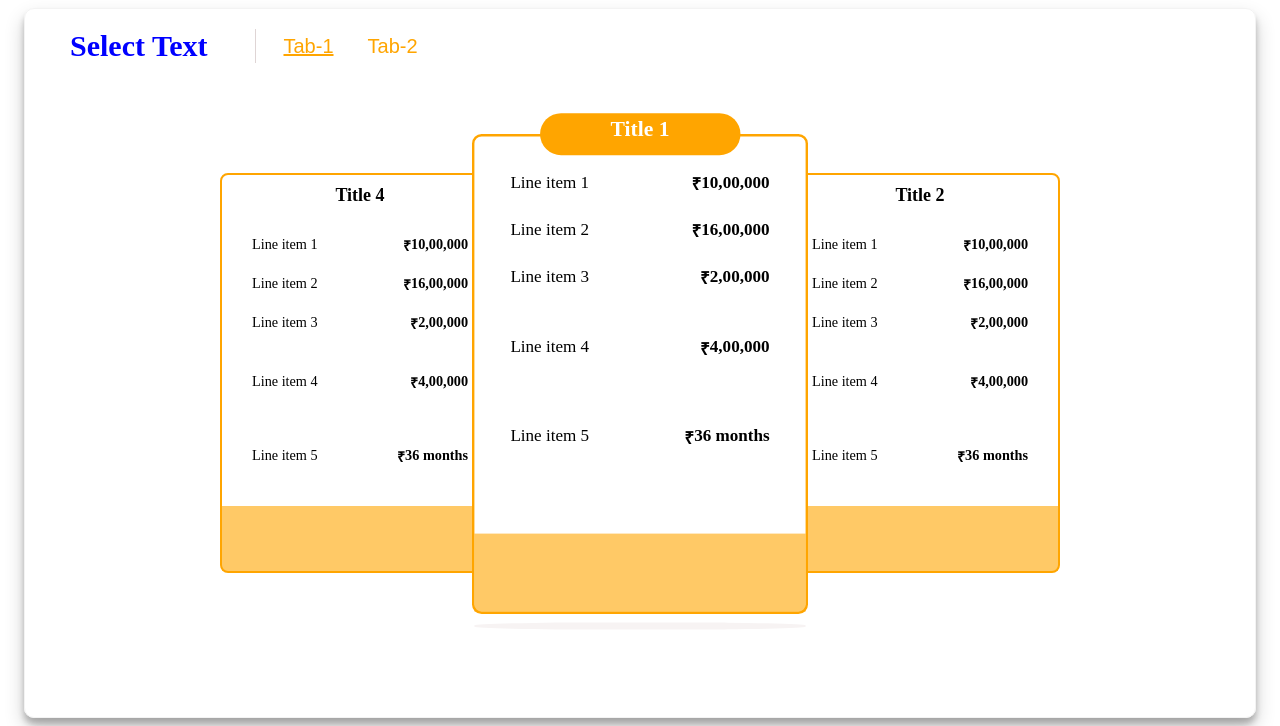
Repository: Adityanarayan-tiwari/Cardbox
Page: index.html
An editor plug-in stored every save of this project. The page is shown before and after a run of saves, followed by the edit.
The browser window is 1280 px wide. The pictures show the whole page.

Above is the page before, as saved 2020-07-25 15:52:36.

### index.html
<!DOCTYPE html>
<html lang="en">
<head>
    <meta charset="UTF-8">
    <meta name="viewport" content="width=device-width, initial-scale=1.0">
    <title>CardBox</title>
    <link rel="stylesheet" href="./index.css">
</head>
<body>


    <!-- Page Wrapper -->
    <div class="page-wrapper">
        <div class="page-heading" id="myDIV">
            <h2>Select Text</h2>
            <button class="prev btn btnactive">Tab-1</button>
            <button class="next btn">Tab-2</button>
        </div>

        <!-- Card Slider -->
        <div class="card-slider">

            <!--  Card Wrapper -->
                <div class="card-wrapper">
                    <div class="card">
                        <h3>Title 1</h3>
                    <div class="card-content">
                        <ul>
                            <li>Line item 1</li>
                            <li><span>&#8377</span>10,00,000</li>
                        </ul>
                        <ul>
                            <li>Line item 2</li>
                            <li><span>&#8377</span>16,00,000</li>
                        </ul>
                        <ul>
                            <li>Line item 3</li>
                            <li><span>&#8377</span>2,00,000</li>
                        </ul>
                        <ul>
                            <li>Line item 4</li>
                            <li><span>&#8377</span>4,00,000</li>
                        </ul>
                        <ul>
                            <li>Line item 5</li>
                            <li><span>&#8377</span>36 months</li>
                        </ul>
                    </div>
                    <div class="lower"></div>
                    </div>
                    <div class="card">
                        <h3>Title 2</h3>
                    <div class="card-content">
                        <ul>
                            <li>Line item 1</li>
                            <li><span>&#8377</span>10,00,000</li>
                        </ul>
                        <ul>
                            <li>Line item 2</li>
                            <li><span>&#8377</span>16,00,000</li>
                        </ul>
                        <ul>
                            <li>Line item 3</li>
                            <li><span>&#8377</span>2,00,000</li>
                        </ul>
                        <ul>
                            <li>Line item 4</li>
                            <li><span>&#8377</span>4,00,000</li>
                        </ul>
                        <ul>
                            <li>Line item 5</li>
                            <li><span>&#8377</span>36 months</li>
                        </ul>
                    </div>
                    <div class="lower"></div>
                    </div>
                    <div class="card">
                        <h3>Title 3</h3>
                    <div class="card-content">
                        <ul>
                            <li>Line item 1</li>
                            <li><span>&#8377</span>10,00,000</li>
                        </ul>
                        <ul>
                            <li>Line item 2</li>
                            <li><span>&#8377</span>16,00,000</li>
                        </ul>
                        <ul>
                            <li>Line item 3</li>
                            <li><span>&#8377</span>2,00,000</li>
                        </ul>
                        <ul>
                            <li>Line item 4</li>
                            <li><span>&#8377</span>4,00,000</li>
                        </ul>
                        <ul>
                            <li>Line item 5</li>
                            <li><span>&#8377</span>36 months</li>
                        </ul>
                    </div>
                    <div class="lower"></div>
                    </div>
                    <div class="card">
                        <h3>Title 4</h3>
                    <div class="card-content">
                        <ul>
                            <li>Line item 1</li>
                            <li><span>&#8377</span>10,00,000</li>
                        </ul>
                        <ul>
                            <li>Line item 2</li>
                            <li><span>&#8377</span>16,00,000</li>
                        </ul>
                        <ul>
                            <li>Line item 3</li>
                            <li><span>&#8377</span>2,00,000</li>
                        </ul>
                        <ul>
                            <li>Line item 4</li>
                            <li><span>&#8377</span>4,00,000</li>
                        </ul>
                        <ul>
                            <li>Line item 5</li>
                            <li><span>&#8377</span>36 months</li>
                        </ul>
                    </div>
                    <div class="lower"></div>
                    </div>
                </div>
            <!-- // Card Wrapper -->

        </div>
        <!-- // Card Slider -->

    </div>
    <!-- // Page Wrapper -->







    <!-- JQuery cdn Link -->
    <script src="https://code.jquery.com/jquery-3.5.1.slim.min.js"></script>

    <!-- Slick Carousel JS cdn Link -->
    <script type="text/javascript" src="https://cdn.jsdelivr.net/npm/slick-carousel@1.8.1/slick/slick.min.js"></script>

    <!-- Custom JavaScript -->
    <script src="./index.js"></script>
</body>
</html>

### index.css

.page-wrapper{
    max-width: 1200px;
    margin: 0 auto;
    padding: 0 15px;
    border: 1px solid #f3f3f3;
    box-shadow: 0 10px 20px rgba(0,0,0,0.19), 0 6px 6px rgba(0,0,0,0.23);
    border-radius: 10px;
}





.page-heading{
    display: flex;
}
.page-heading h2 {
    margin: 20px 30px;
    color: blue;
    padding-right: 4%;
    border-right: 1px solid rgb(223, 213, 213);
    margin-right: 10px;
    font-size: 30px;
}
.page-heading .next,.prev {
    margin: 10px;
    display: block;
    background: transparent;
    border: 1px solid transparent;
    color: orange;
    font-size: 20px;
    outline: none;
    cursor: pointer;
}




.card-slider{
    margin: 2% auto 0% auto;
}
.card-slider .card-wrapper{
    width: 70%;
    height: 550px;
    margin: 0 auto;
    overflow: hidden;
    padding: 3% 0 2% 0%;
}
.card-slider .card-wrapper .card{
    max-width: 300px;
    min-height: 400px;
    margin: 30px 0px 20px 0px;

    border: 2px solid orange;
    border-radius: 8px;
    background:white;
    outline: none;
    box-sizing:border-box;

    display: inline-block;
    position: relative;
}



.card h3{
    font-size: 18px;
    margin:0 auto;
    margin-top: 10px;
    margin-bottom:0px;
    text-align: center;
}



.card-content{
    padding: 20px 10px;
    padding-bottom: 60px;
}
.card-content ul{
    padding: 0;
    margin: 0;
    padding: 10px 0;
    display: flex;
    justify-content: space-between;
}
.card-content ul li{
    list-style: none;
    display: flex;
    padding: 0 20px;
    font-size: 0.89em;
}
.card-content ul li:nth-child(2){
    font-weight: bold;
}
.card-content ul:nth-child(4) {
    padding-top: 30px;
    padding-bottom: 35px;
}
.card-content ul:nth-child(5){
    padding-top: 20px;
    padding-bottom: 5px;
}






.lower {
    width: 100%;
    background: orange;
    height: 65px;
    box-sizing: border-box;
    position: absolute;
    bottom: 0;
    padding-top: 10px;
    opacity: .6;
}






.slick-slide + .slick-slide {
    pointer-events: none;
}
.slick-slide + .slick-current  {
    pointer-events: fill;
}





/* States */


.btnactive {
    text-decoration: underline;
  }


.slick-center{
    transform:  translateX(0px) translateY(-30px) translateZ(0px) scale(1.2);
    transition: 1s ease-in-out;
    z-index: 1;
}
.slick-center:after{
    position: absolute;
    content:'';
    bottom:-15px;
    width: 100%;
    height: 6px;
    border-radius: 40%;
    background:rgb(247, 243, 243);
}


.slick-center h3{
    background: orange;
    border-radius: 20px;
    color: white;
    padding: 1% 3% 4% 3%;
    position: absolute;
    top: -3%;
    left: 50%;
    transform: translate(-50%,-50%);
    width: 150px;
}
.slick-center .middle {
    padding-top: 50px;
    padding-bottom: 60px;
}

### index.js

// Javascript
var header = document.getElementById("myDIV");
var btns = header.getElementsByClassName("btn");
for (var i = 0; i < btns.length; i++) {
  btns[i].addEventListener("click", function() {
  var current = document.getElementsByClassName("btnactive");
  if (current.length > 0) {
    current[0].className = current[0].className.replace(" btnactive", "");
  }
  this.className += " btnactive";
  });
}








//Jquery
$(document).ready(function(){
    $('.card-wrapper').slick({

    slidesToShow: 3,
    slidesToScroll: 1,

    accessibility: true,
    adaptiveHeight: true,
    centerMode: true,
    centerPadding: '0px',

    nextArrow:$('.next'),
    prevArrow:$('.prev'),
    responsive: [
    {
        breakpoint: 1240,
        settings: {
            arrows: true,
            slidesToShow: 3
        }
        },
        {
        breakpoint: 768,
        settings: {
            arrows: false,
            slidesToShow: 3
        }
        },
        {
        breakpoint: 480,
        settings: {
            arrows: false,
            slidesToShow: 1
        }
        }
    ]

    });
});

After the next 2 saves:
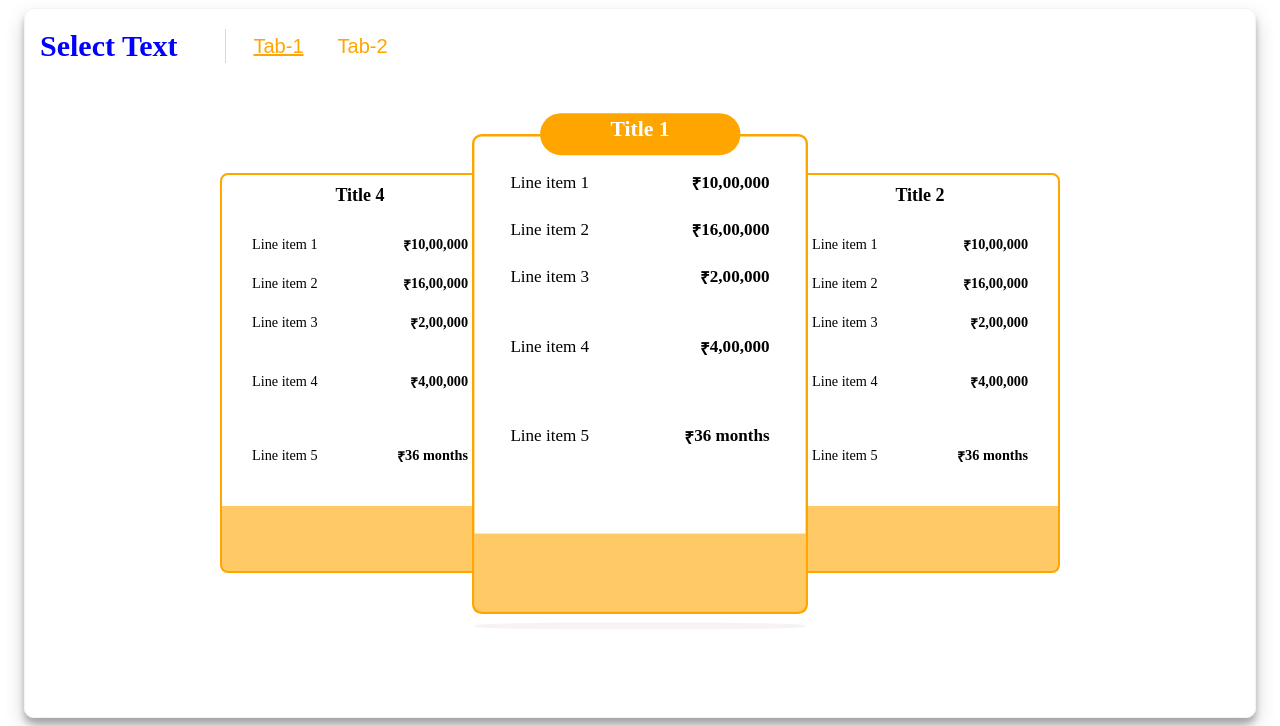
The 2 saves are shown as one change because they came seconds apart.
The last was saved 88 s later.
--- a/index.css
+++ b/index.css
@@ -21,6 +21,7 @@
     padding-right: 4%;
     border-right: 1px solid rgb(223, 213, 213);
     margin-right: 10px;
+    margin-left: 0px;
     font-size: 30px;
 }
 .page-heading .next,.prev {
